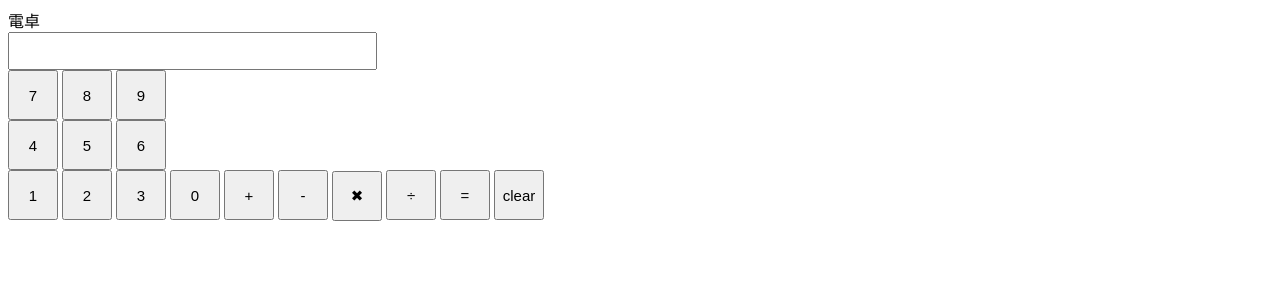
Repository: U-dias/work3
Page: 実践課題(電卓)/index.html
The author's editor kept a record of every edit. The page is drawn from the files as they stood at one moment, then again after the next edit.
The browser window is 1280 px wide. The pictures show the whole page.

Above is the page before.

### 実践課題(電卓)/index.html
<!DOCTYPE html>
 <meta charset="utf-8">
 <html>
  <link rel="stylesheet" href="main.css">
  <body>
 <div>電卓</div>
 <input style="font-size: 28px; text-align: right;"/><br />
 <script>
   function update(_v){
     document.querySelector('input').value = _v
   }
   function append(_v){
     document.querySelector('input').value += _v
   }
   function calc(){
        const v = document.querySelector( 'input' ).value
        try{
        const f = new Function( 'return ' + v )
        update( f().toString() )}
        catch( _error){
          update( _error)
        }
}
 </script>
 <button onclick="append('7')">7</button>
 <button onclick="append('8')">8</button>
 <button onclick="append('9')">9</button><br />

 <button onclick="append('4')">4</button>
 <button onclick="append('5')">5</button>
 <button onclick="append('6')">6</button><br />

 <button onclick="append('1')">1</button>
 <button onclick="append('2')">2</button>
 <button onclick="append('3')">3</button>

 <button onclick="append('0')">0</button>

 <button onclick="append('+')">+</button>
 <button onclick="append('-')">-</button>
 <button onclick="append('*')">✖︎</button>
 <button onclick="append('/')">÷</button>

 <button onclick="calc()">=</button>

 <button onclick="update(' ')">clear</button>
 </body></html>

### 実践課題(電卓)/main.css
button {
  width:50px;
  height:50px;
  font-size:15px;
}

After the next edit:
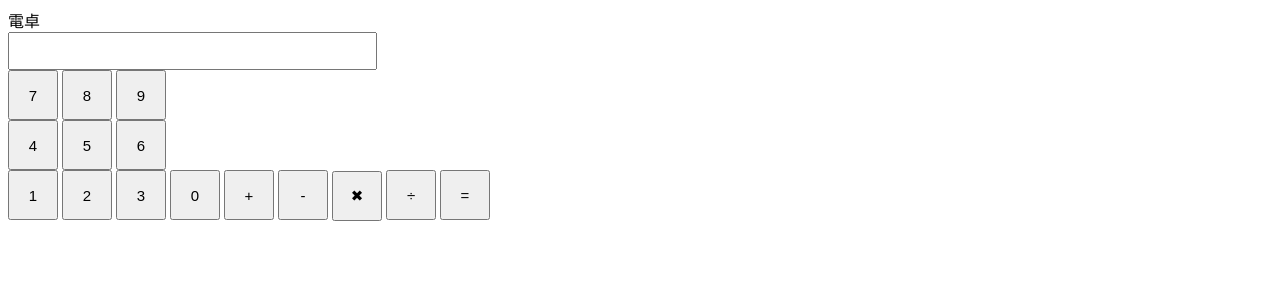
The edit:
--- a/実践課題(電卓)/index.html
+++ b/実践課題(電卓)/index.html
@@ -43,5 +43,4 @@
 
  <button onclick="calc()">=</button>
 
- <button onclick="update(' ')">clear</button>
  </body></html>
